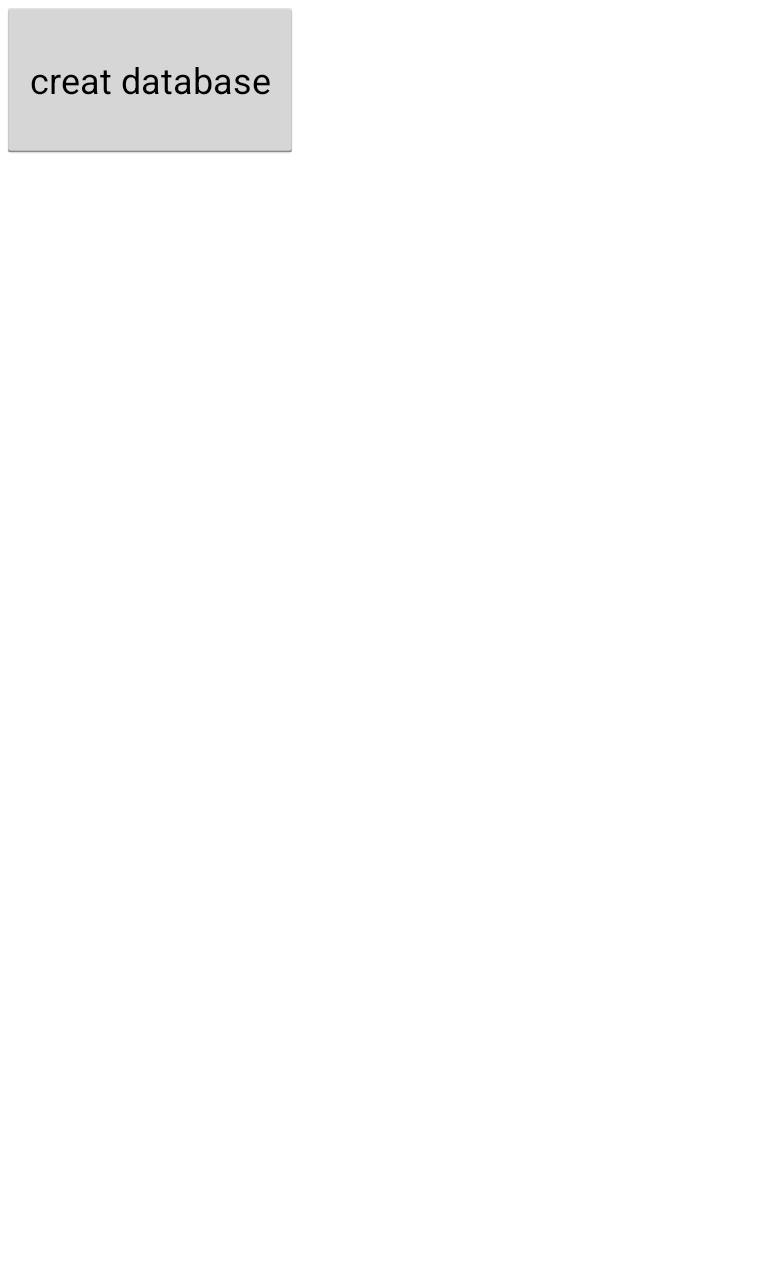
Repository: GuardLDW/HERO
Layout: GuardLDW/res/layout/db.xml
The author's editor kept a copy of each file at every save. The layout is drawn from the files as they stood at one save, then again after the next save.
It is drawn on a 768 x 1280 px phone screen (xhdpi) without system bars, with theme AppTheme; the app's code is not run.

Above is the layout before, as saved 2016-11-03 06:56:02.

After the next save:
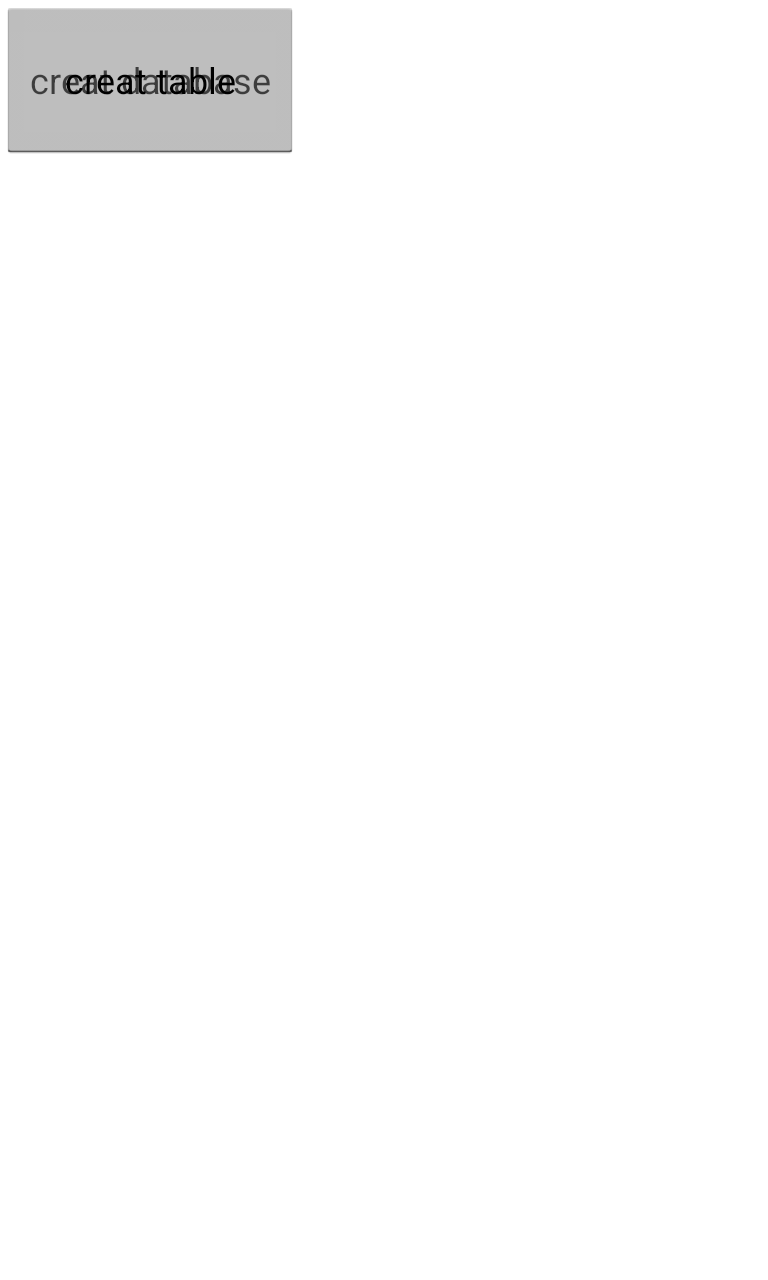
Saved 9 min 17 s later.
--- a/GuardLDW/res/layout/db.xml
+++ b/GuardLDW/res/layout/db.xml
@@ -12,6 +12,14 @@
 
     </Button>
 
+    <Button
+        android:id="@+id/button_creatTable"
+        android:layout_width = "150dp"
+        android:layout_height = "80dp"
+        android:text="creat table">
+
+    </Button>
+
 
 
     </RelativeLayout>
